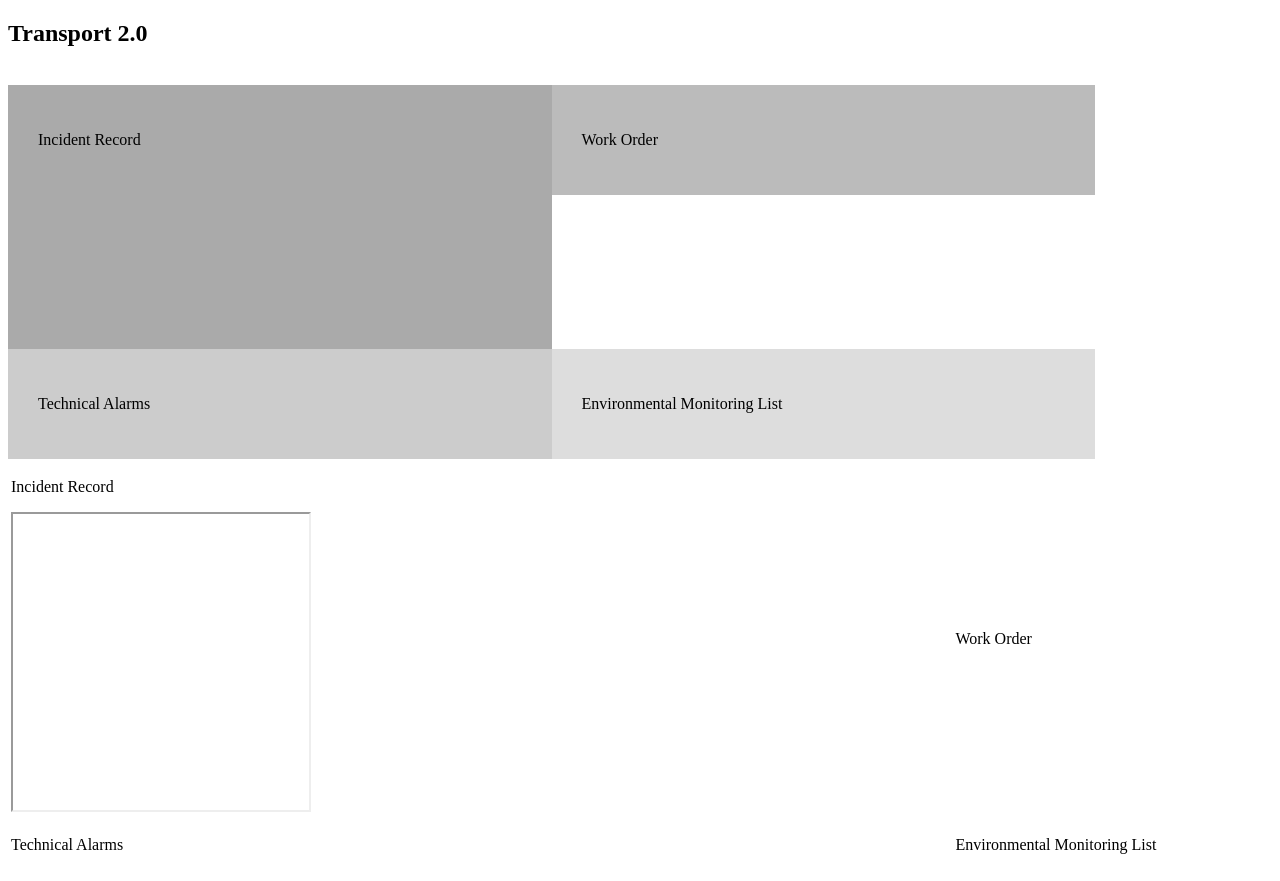
Repository: manjuladevadoss/DemoProject
Page: Eclipseworkspace/DemoPro/html/CCDisplay.html
These files come from the project's save history. The page is drawn as it stood at one moment and after the next save; the edit follows.
The browser window is 1280 px wide. The pictures show the whole page.

Above is the page before, as saved 2019-02-19 09:18:00.

### Eclipseworkspace/DemoPro/html/CCDisplay.html
<!DOCTYPE html>
<html>
<head>
<link rel="stylesheet" href="https://cdnjs.cloudflare.com/ajax/libs/font-awesome/4.7.0/css/font-awesome.min.css">
<style>
* {
  box-sizing: border-box;
}

/* Create two equal columns that floats next to each other */
.column {
  float: left;
  width: 43%;
  padding: 30px;
}

/* Clear floats after the columns */
.row:after {
  content: "";
  display: table;
  clear: both;
}
/* Style the buttons */
.btn {
  border: none;
  outline: none;
  padding: 25px 30px;
  background-color: #f1f1f1;
  cursor: pointer;
}

.btn:hover {
  background-color: #ddd;
}

.btn.active {
  background-color: #666;
  color: white;
}
</style>
</head>
<body>

<h2>Transport 2.0</h2>

<br>

<div class="row">
  <div class="column" style="background-color:#aaa;">
  <p>Incident Record</p>
  <embed type="text/html" src="C:/Users/mdevadoss/workspace/DemoPro/html/incidentDisplayTbl.html">
  </div>
  <div class="column" style="background-color:#bbb;">
  <p>Work Order</p>
  </div>
</div>

<div class="row">
  <div class="column" style="background-color:#ccc;">
    <p>Technical Alarms</p>
  </div>
  <div class="column" style="background-color:#ddd;">
    <p>Environmental Monitoring List</p>
  </div>

</div>


<table width="100%">
<tr>
	<td>
  <p>Incident Record</p>
  <iframe width="300px" height="300"></iframe>
  <embed type="text/html" src="C:/Users/mdevadoss/workspace/DemoPro/html/incidentDisplayTbl.html">
 </td>
	<td>
  <p>Work Order</p>
  </td>
</tr>
<tr>
	<td>
    <p>Technical Alarms</p>
</td>
	<td>
    <p>Environmental Monitoring List</p>
 </td>
</tr>
</table>


</body>
</html>

After the next save:
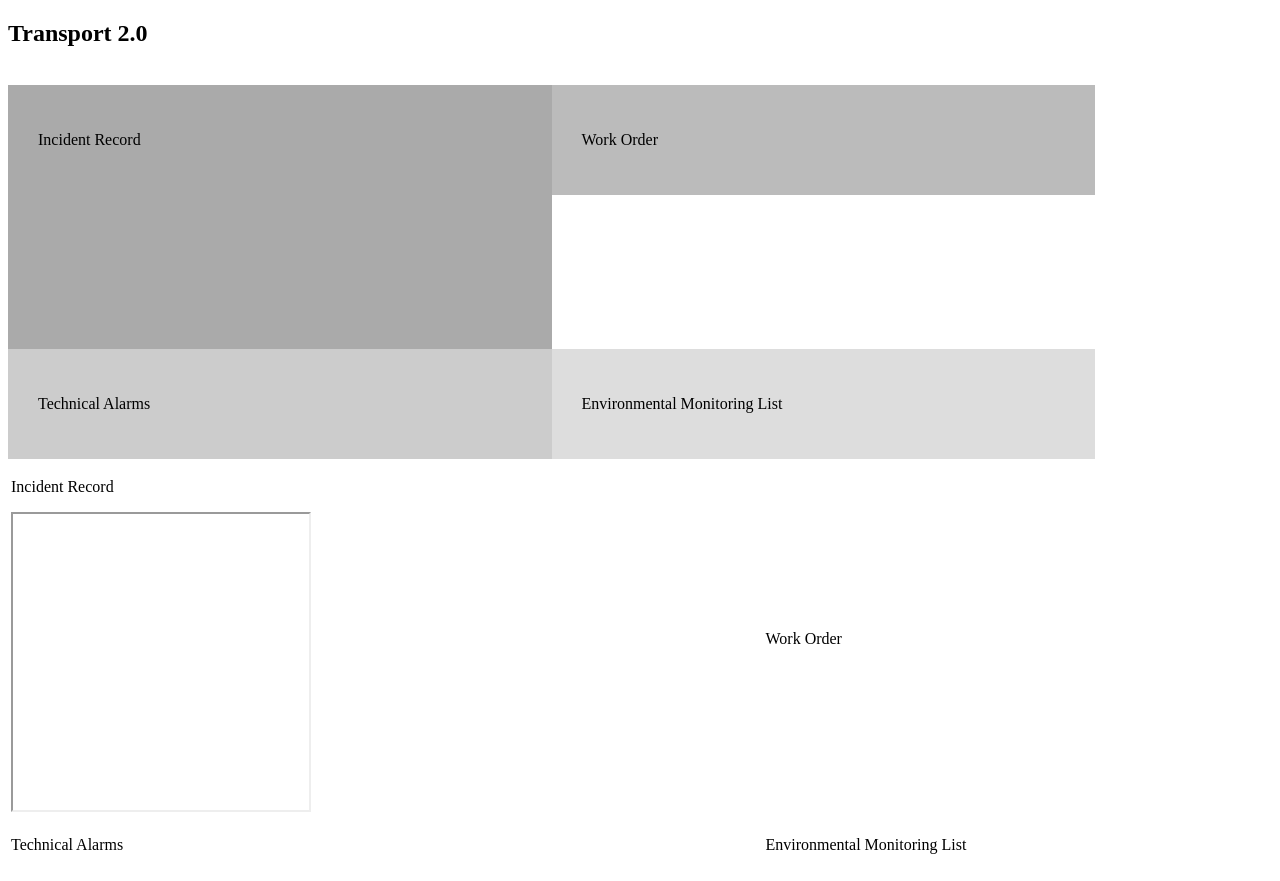
Saved 31 s later.
--- a/Eclipseworkspace/DemoPro/html/CCDisplay.html
+++ b/Eclipseworkspace/DemoPro/html/CCDisplay.html
@@ -70,8 +70,8 @@
 <tr>
 	<td>
   <p>Incident Record</p>
-  <iframe width="300px" height="300"></iframe>
-  <embed type="text/html" src="C:/Users/mdevadoss/workspace/DemoPro/html/incidentDisplayTbl.html">
+  <iframe width="300px" height="300">
+  <embed type="text/html" src="C:/Users/mdevadoss/workspace/DemoPro/html/incidentDisplayTbl.html">  </iframe>
  </td>
 	<td>
   <p>Work Order</p>
